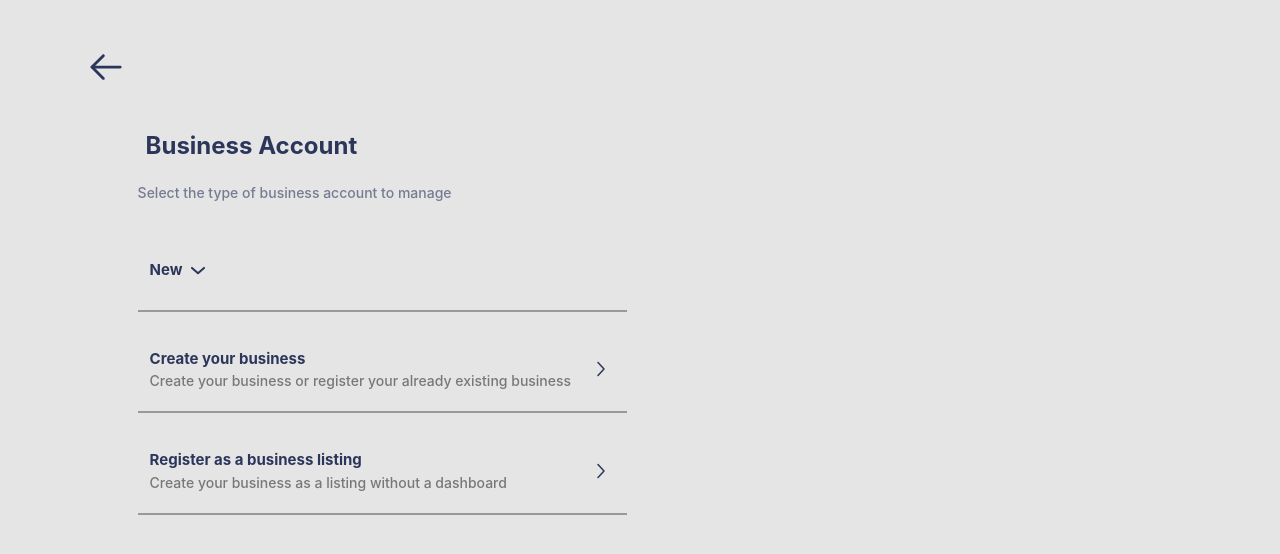
Repository: Osomhe1/findme_task
Page: /account
An editor plug-in stored every save of this project. The page is shown before and after the next save, followed by the edit.
The browser window is 1280 px wide. The pictures show the whole page.
The project was rebuilt for these pictures with package versions that can differ from the ones it lists, and the page was loaded fresh each time. Also part of the build but not shown: src/component/Clip.css, src/component/Logo.js, src/component/Drag.js, src/component/Memories.js, src/component/Publish.js, src/component/Insight.js, src/component/User.js, src/component/Clip.js and 20 more.

Above is the page before, as saved 2023-04-10 09:27:51.

After the next save:
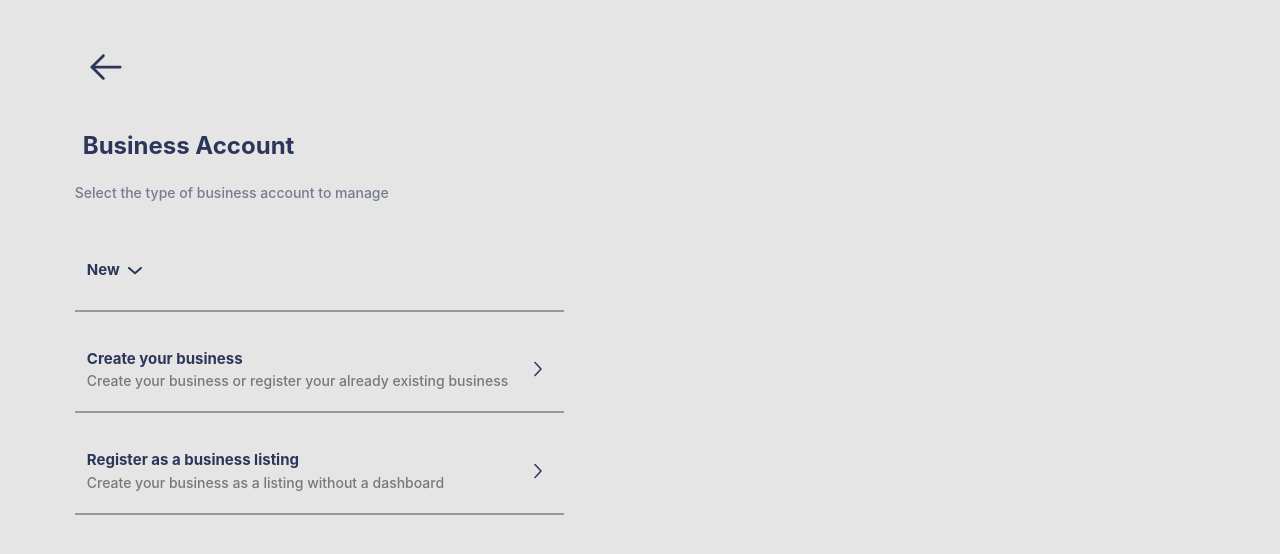
Saved 14 s later.
--- a/src/component/pages/Account.js
+++ b/src/component/pages/Account.js
@@ -24,7 +24,7 @@ export default function Account() {
             </svg>
           </Link>
         </div>
-        <div className="flex flex-wrap justify-between gap-2 items-center md:w-[80%] m-auto ">
+        <div className="flex flex-wrap justify-between gap-2 items-center md:w-[90%] m-auto ">
           <div className=" text-cente md:p12 w-ful   lg:block  pb-20 ">
             <div className=" text-cente ">
               <h1 className="text-[#2B365A] font-bold text-2xl p-2 ">
